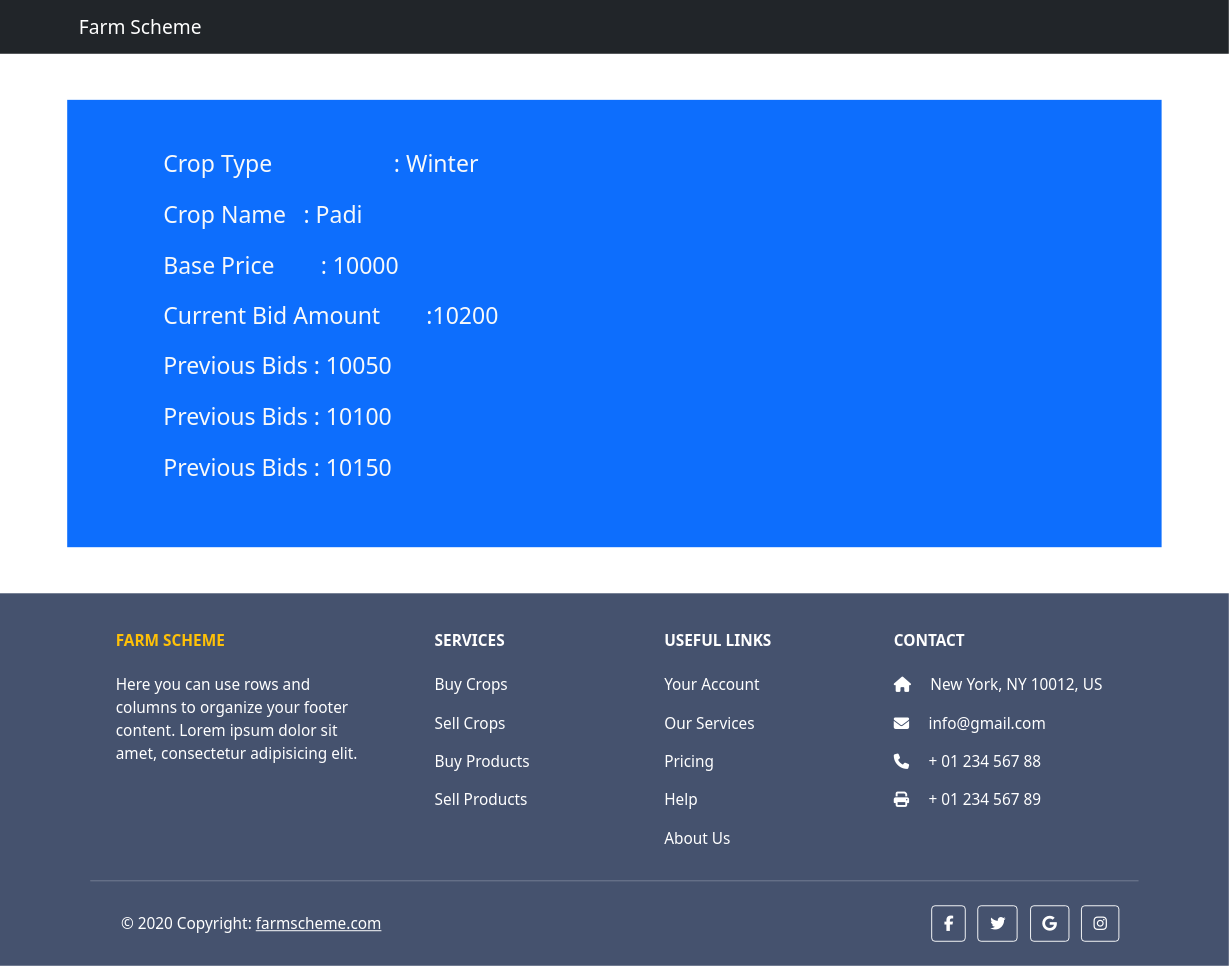
Repository: lavakumar17/Farmscheme
Page: http://localhost/demo/farmer/market_place.jsp
These files come from the project's save history. The page is drawn as it stood at one moment and after the next save; the edit follows.
The browser window is 1280 px wide. The pictures show the whole page, at 96% of full size.
Some web libraries are served in a nearby version. The page is served by Tomcat 9.

Above is the page before, as saved 2022-06-23 02:53:29.

After the next save:
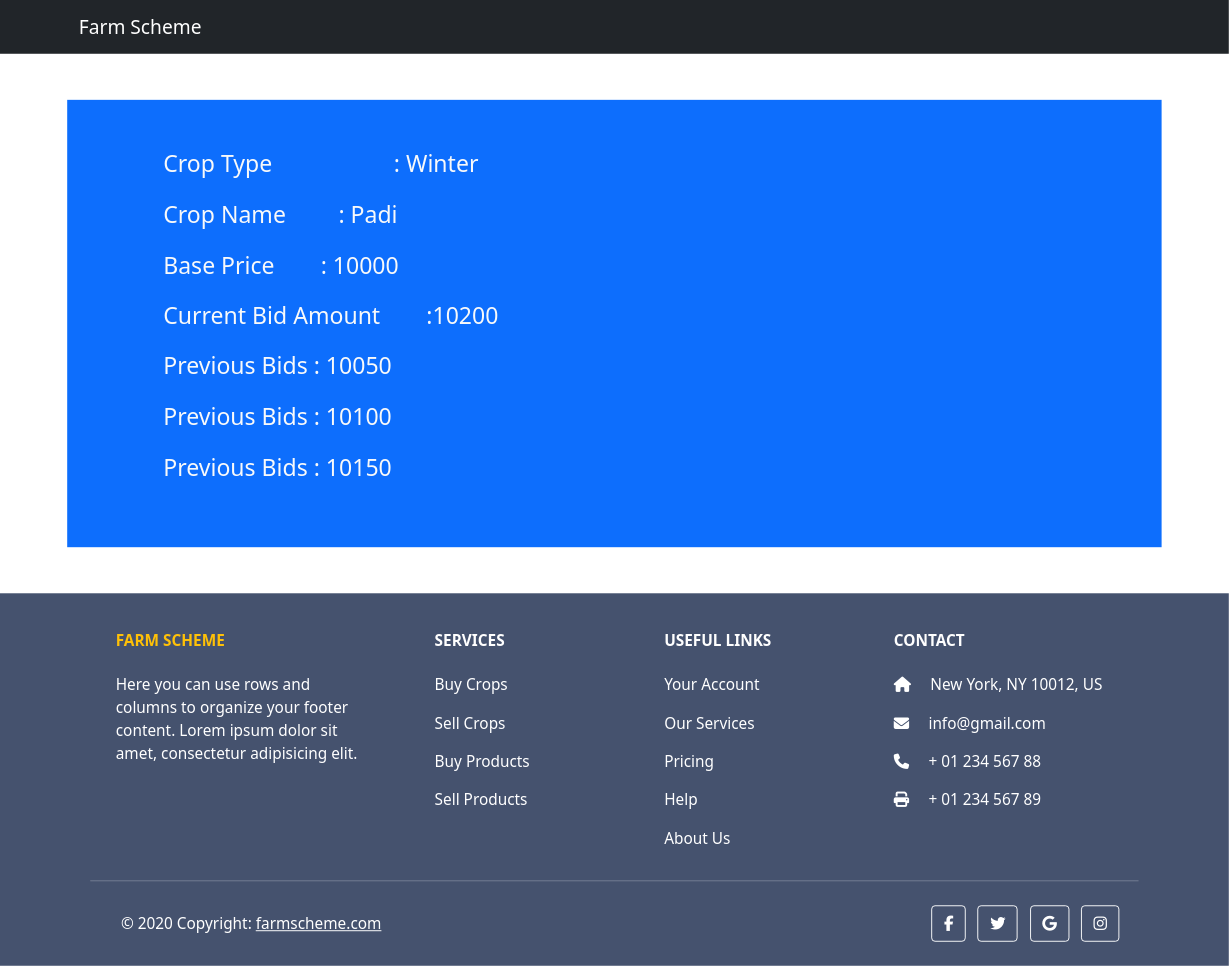
Saved 30 s later.
--- a/MainProject/demo/src/main/webapp/farmer/market_place.jsp
+++ b/MainProject/demo/src/main/webapp/farmer/market_place.jsp
@@ -53,7 +53,7 @@
 </span></h4>
 </div>
 <div class="p-1">
-<h4><span><label>Crop Name&ensp;&nbsp;:</label> Padi
+<h4><span><label>Crop Name&ensp;&nbsp;&ensp;&nbsp;&ensp;&nbsp;:</label> Padi
 </span></h4>
 </div>
 <div class="p-1">
